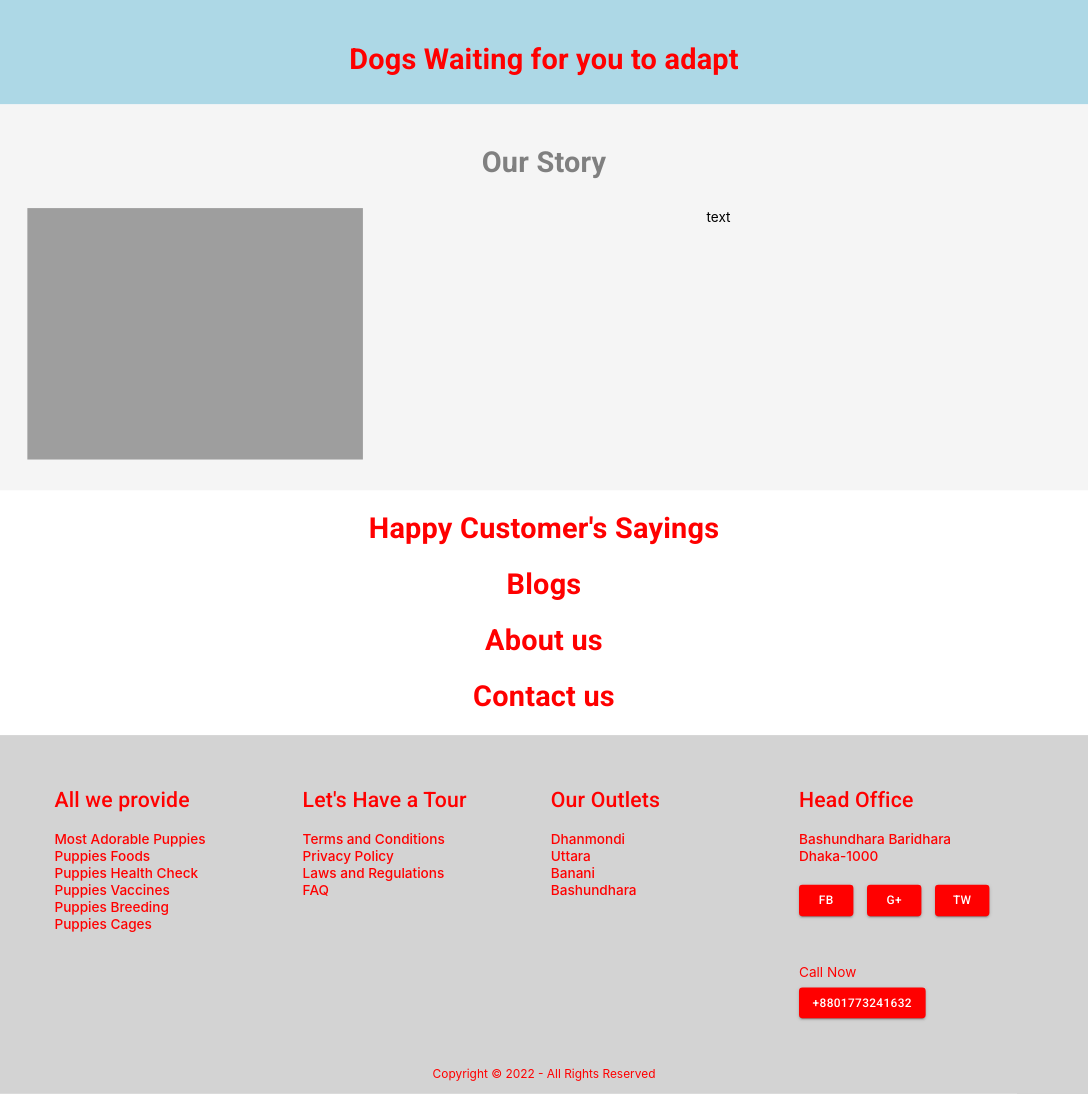
Repository: Sharif-00112/dogos-paradise-client
Page: /
The author's editor kept a copy of each file at every save. The page is drawn from the files as they stood at one save, then again after the next save.
The browser window is 1280 px wide. The pictures show the part of the page from y = 1041 to 2328 px (the page is 2328 px tall), at 85% of full size.
Pictures or frames that could not be fetched are drawn as grey boxes. The page's requests for data from a server got no answer. The project was rebuilt for these pictures with package versions that can differ from the ones it lists, and the page was loaded fresh each time. Some packages were replaced by stand-ins written for this rebuild. No one was signed in, and anything a server would have sent is missing. Also part of the build but not shown: src/Pages/Home/Dog/Dog.js, src/Pages/Login/Login/Login.js, src/Pages/Login/Register/Register.js, src/Pages/NotFound/NotFound.js.

Above is the page before, as saved 2022-12-05 22:27:27.

After the next save:
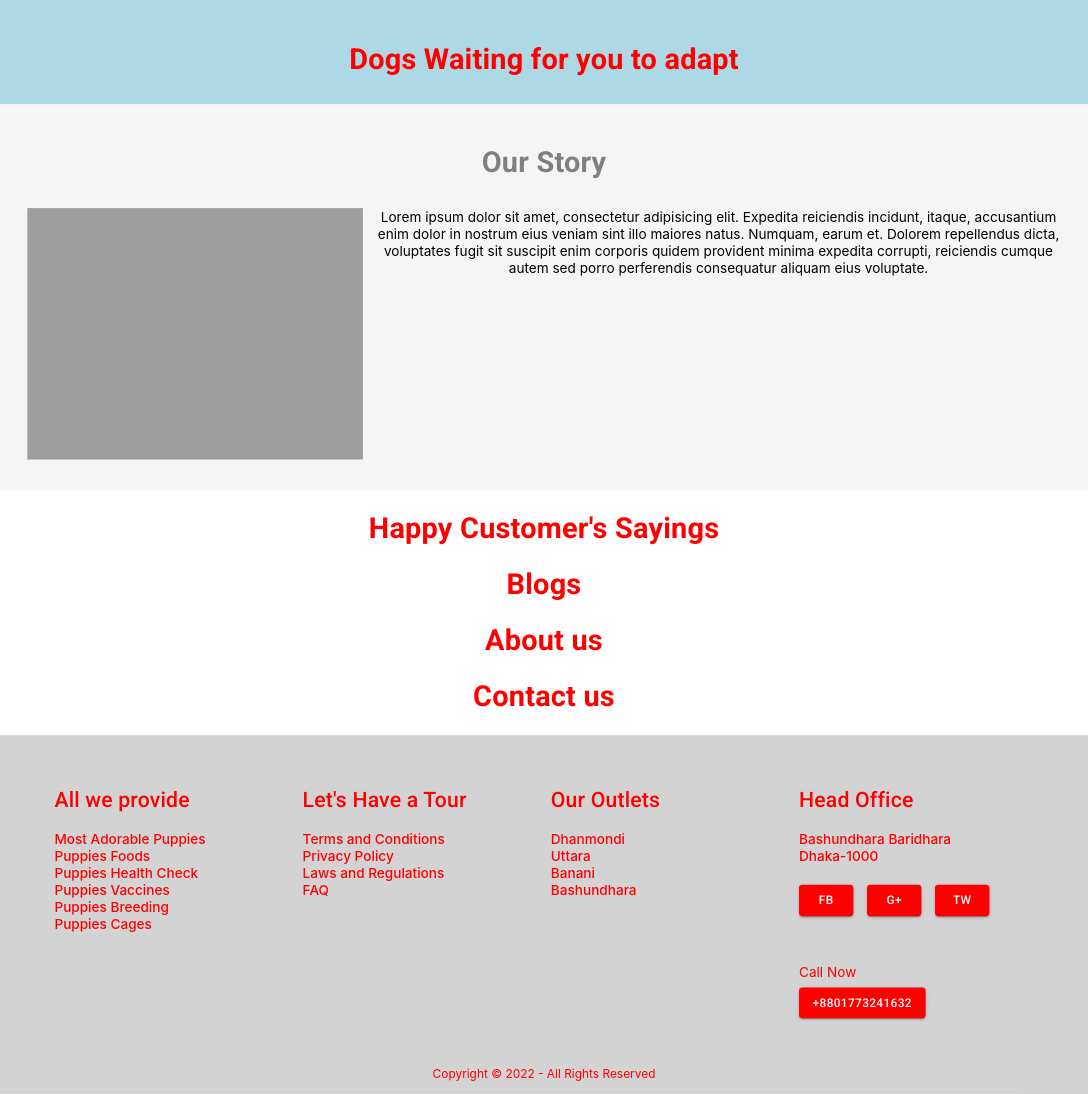
Saved 29 s later.
--- a/src/Pages/Home/Story/Story.js
+++ b/src/Pages/Home/Story/Story.js
@@ -16,7 +16,7 @@ const Story = () => {
                         <img style={{ width: '100%'}} src="https://i.ibb.co/M8w31YS/dog-story.jpg" alt="dog-story" />
                     </Grid>
                     <Grid xs={6} md={8}>
-                        text
+                        Lorem ipsum dolor sit amet, consectetur adipisicing elit. Expedita reiciendis incidunt, itaque, accusantium enim dolor in nostrum eius veniam sint illo maiores natus. Numquam, earum et. Dolorem repellendus dicta, voluptates fugit sit suscipit enim corporis quidem provident minima expedita corrupti, reiciendis cumque autem sed porro perferendis consequatur aliquam eius voluptate.
                     </Grid>
                 </Grid>
             </Box>
